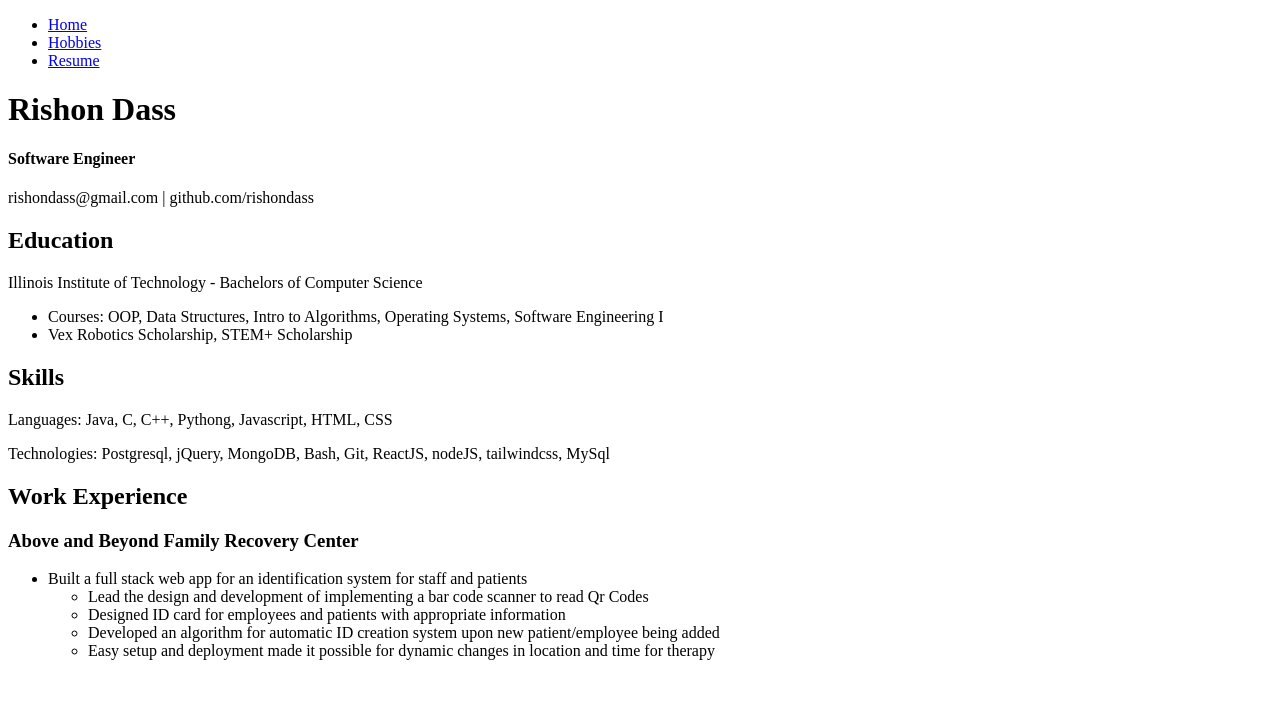
Repository: rishondass/ITMD361-Project1
Page: resume.html
The author's editor kept a copy of each file at every save. The page is drawn from the files as they stood at one save, then again after a run of saves.
The browser window is 1280 px wide. The pictures show the whole page.

Above is the page before, as saved 2023-02-22 15:23:35.

### resume.html
<!DOCTYPE html>
<html lang="en">
<head>
    <meta charset="UTF-8">
    <meta name="viewport" content="width=device-width, initial-scale=1.0">
    <title>Resume</title>
</head>
<body>
    <nav>
        <ul>
            <li>
                <a href="index.html">Home</a>
            </li>
            <li>
                <a href="hobbies.html">Hobbies</a>
            </li>
            <li>
                <a href="resume.html">Resume</a>
            </li>
        </ul>
    </nav>
    <div>
        <h1>
            Rishon Dass
        </h1>
        <h4>
            Software Engineer
        </h4>
        <p>
            rishondass@gmail.com | github.com/rishondass
        </p>
    </div>
    <div>
        <h2>
            Education
        </h2>
        <p>
            Illinois Institute of Technology - Bachelors of Computer Science
        </p>
        <ul>
            <li>
                Courses: OOP, Data Structures, Intro to Algorithms, Operating Systems, Software Engineering I
            </li>
            <li>
                Vex Robotics Scholarship, STEM+ Scholarship
            </li>
        </ul>
    </div>
    <div>
        <h2>
            Skills
        </h2>
        <p>
            Languages: Java, C, C++, Pythong, Javascript, HTML, CSS
        </p>
        <p>
            Technologies: Postgresql, jQuery, MongoDB, Bash, Git, ReactJS, nodeJS, tailwindcss, MySql
        </p>
    </div>
    <div>
        <h2>
            Work Experience
        </h2>
        <h3>
            Above and Beyond Family Recovery Center
        </h3>
        <ul>
            <li>
                Built a full stack web app for an identification system for staff and patients
                <ul>
                    <li>
                        Lead the design and development of implementing a bar code scanner to read Qr Codes
                    </li>
                    <li>
                        Designed ID card for employees and patients with appropriate information
                    </li>
                    <li>
                        Developed an algorithm for automatic ID creation system upon new patient/employee being added
                    </li>
                    <li>
                        Easy setup and deployment made it possible for dynamic changes in location and time for therapy
                    </li>
                </ul>
            </li>
        </ul>
    </div>
</body>
</html>

After the next 3 saves:
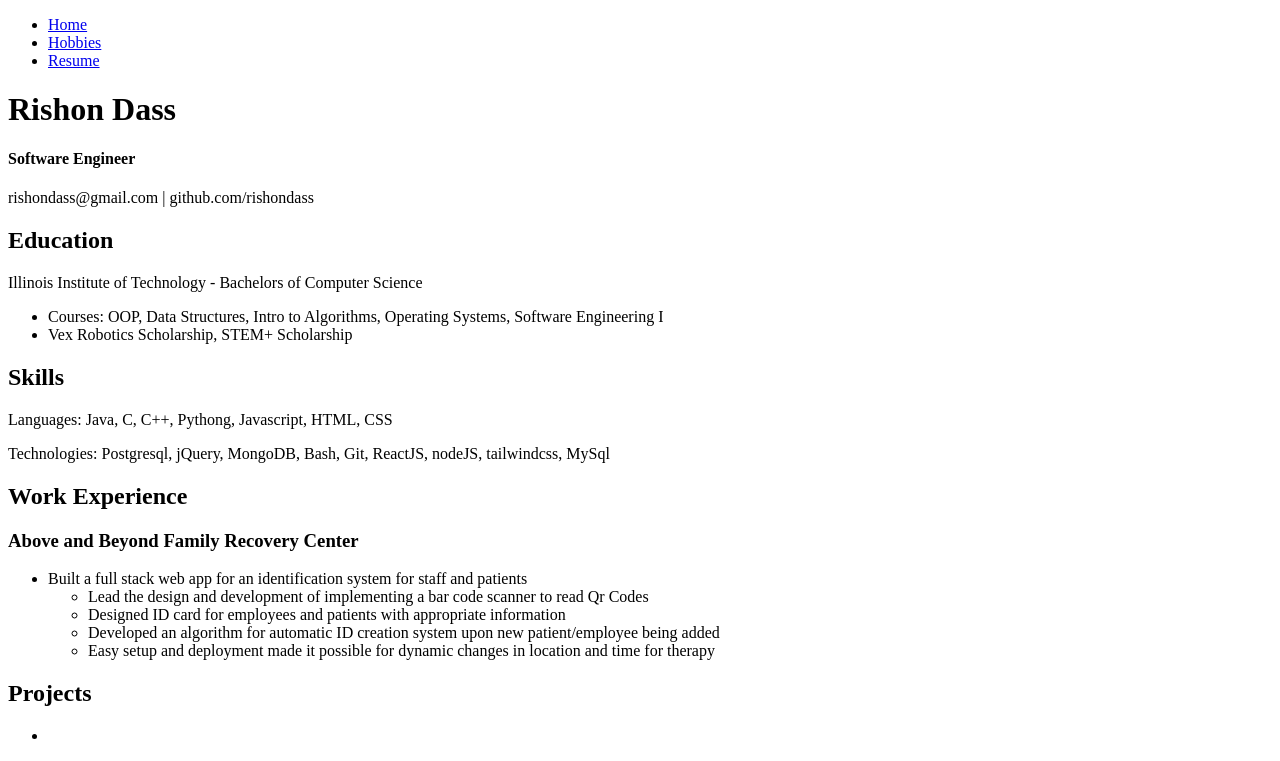
The 3 saves are shown as one change because they came seconds apart.
The last was saved 19 s later.
--- a/resume.html
+++ b/resume.html
@@ -84,5 +84,16 @@
             </li>
         </ul>
     </div>
+
+    <div>
+        <h2>
+            Projects
+        </h2>
+        <ul>
+            <li>
+
+            </li>
+        </ul>
+    </div>
 </body>
 </html>
